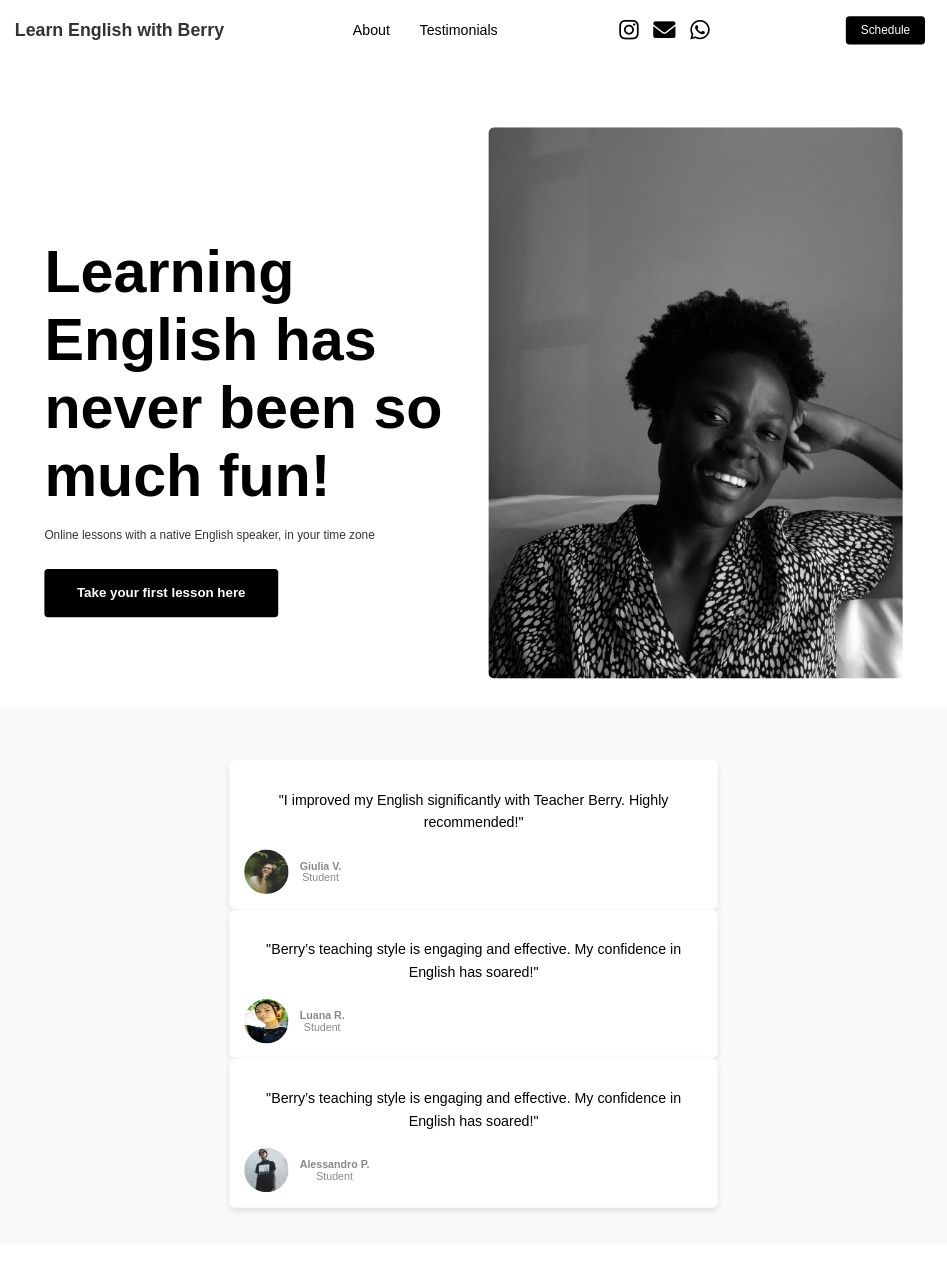
Repository: ntandomagana/esl-landing-page
Page: index.html
The author's editor kept a copy of each file at every save. The page is drawn from the files as they stood at one save, then again after the next save.
The browser window is 1280 px wide. The pictures show the whole page, at 74% of full size.

Above is the page before, as saved 2024-07-17 13:56:24.

### index.html
<!DOCTYPE html>
<html lang="en">
<head>
    <meta charset="UTF-8">
    <meta name="viewport" content="width=device-width, initial-scale=1.0">
    <link rel="stylesheet" href="https://cdnjs.cloudflare.com/ajax/libs/font-awesome/6.0.0-beta3/css/all.min.css">

    <title>Berry's English</title>
    <link rel="stylesheet" href="index.css">
</head>
<body>
    <!-- Header Section -->
    <header>
        <div class="header-container">
            <div class="logo"><h1>Learn English with Berry</h1>
            </div>
            <nav>
                <ul>
                    <li><a href="#about">About</a></li>
                    <li><a href="#testimonials">Testimonials</a></li>

                </ul>
            </nav>
            <div class="social-links">
                <a href="#" class="social-link"><i class="fab fa-instagram"></i></a>
                <a href="mailto:berry@example.com" class="social-link"><i class="fas fa-envelope"></i></a>
                <a href="https://wa.me/1234567890" class="social-link"><i class="fab fa-whatsapp"></i></a>
            </div>
            <a href="#contact" class="schedule-button">Schedule</a>
        </div>
    </header>

    <!-- Left and right division -->
     <section class="content-section">
        <div class="content-wrapper">
            <div class="left-content">
                <h2>Learning English has <br />
                    never been so much fun!</h2>
                <p>Online lessons with a native English speaker, in your time zone</p>
                <a href="#contact" class="action-button">Take your first lesson here</a>
            </div>

            <div class="right-content">
                <img src="./assets/bwpp.jpg" alt="Teacher Berry's Image">
            </div>
        </div>

        <section id="testimonials" class="testimonials-section">
    <div class="testimonials-container">
        <div class="testimonial-item">
            <div class="testimonial-content">
                <p>"I improved my English significantly with Teacher Berry. Highly recommended!"</p>
            </div>
            <div class="testimonial-author">
                <img src="./assets/first.jpg" alt="Testimonial Author">
                <p><strong>Giulia V.</strong><br>Student</p>
            </div>
        </div>

        <div class="testimonial-item">
            <div class="testimonial-content">
                <p>"Berry’s teaching style is engaging and effective. My confidence in English has soared!"</p>
            </div>
            <div class="testimonial-author">
                <img src="./assets/second.jpg" alt="Testimonial Author">
                <p><strong>Luana R.</strong><br>Student</p>
            </div>
        </div>


        <div class="testimonial-item">
            <div class="testimonial-content">
                <p>"Berry’s teaching style is engaging and effective. My confidence in English has soared!"</p>
            </div>
            <div class="testimonial-author">
                <img src="./assets/third.jpg" alt="Testimonial Author">
                <p><strong>Alessandro P.</strong><br>Student</p>
            </div>
        </div>

        <!-- Add more testimonials as needed -->
    </div>
</section>


    <!-- Add more testimonials as needed -->
</section>


     </section>
    </footer>
</body>
</html>

### index.css
/* styles.css */

body {
  font-family: Arial, Helvetica, sans-serif;
  margin: 0;
  padding: 0;
  box-sizing: border-box;
}

.header-container {
  display: flex;
  justify-content: space-between;
  align-items: center;
  padding: 10px 20px;
  background-color: white;
}

.logo h1 {
  margin: 0;
  font-size: 24px;
  color: #333;
}

nav ul {
  list-style-type: none;
  padding: 0;
  margin: 0;
  display: flex;
}

nav ul li {
  display: inline;
  margin: 20px; /* Adjust margin to add space between list items */
}

nav ul li:last-child {
  margin-right: 0;
}

nav ul li a {
  color: rgb(2, 2, 2);
  text-decoration: none;
  font-size: 1.2rem;
}

nav ul li a:hover {
  color: black;
  font-weight: bold;
}

.social-links {
  display: flex;
  align-items: center;
  margin-right: 20px;
}

.social-link {
  margin: 0 10px;
  display: inline-block;
  color: black;
  font-size: 30px;
  transition: color 0.3s ease, transform 0.3s ease, box-shadow 0.3s ease;
}

.social-link i {
  color: black;
}

.social-link:hover i {
  color: black;
  transition: black 4s ease-in-out;
  transform: translateY(-5px);
  box-shadow: 0 4px 8px rgba(19, 18, 18, 0.2);
}

.schedule-button {
  padding: 10px 20px;
  background-color: black;
  color: #fff;
  text-decoration: none;
  border-radius: 5px;
  transition: background-color 0.3s ease;
  border: none;
  cursor: pointer;
  margin-right: 10px;
}

.schedule-button:hover {
  background-color: #fff;
  border-color: rgba(0, 0, 0, 0);
  border: solid black;
  color: black;
}

.content-section {
  padding: 50px 0;
  text-align: center;
}

.content-wrapper {
  display: flex;
  justify-content: space-around;
  align-items: stretch;
  max-width: 1200px;
  margin: 20px auto;
}

.left-content {
  flex: 1;
  padding: 20px;
  text-align: left;
  display: flex;
  flex-direction: column;
  justify-content: center;
  align-items: flex-start;
}

.left-content h2 {
  font-size: 5rem;
  align-items: flex-end;
  color: rgb(0, 0, 0);
  margin-bottom: 10px;
  width: 100%;
}

.left-content p {
  font-size: 1rem;
  color: #333;
  width: 100%;
}

.right-content {
  flex: 1;
  padding: 20px;
  text-align: center;
  display: flex;
  justify-content: center;
  align-items: center;
}

.right-content img {
  max-width: 100%;
  height: auto;
  max-height: 800px; /* Example maximum height, adjust as needed */
  border-radius: 8px;
  /* Optional: Adds a subtle shadow */
}

.action-button {
    display: inline-block;
  padding: 18px 40px;
  background-color: black;
  color: #fff;
  border: 4px solid black;
  text-decoration: none;
  border-radius: 5px;
  transition: background-color 0.3s ease;
  margin-top: 20px;
  font-size: 18px;
  font-weight: bold;

}

.action-button:hover {
  background-color: #fff;
  border-color: rgba(0, 0, 0, 0);
  border: 4px solid black;
  color: black;
  margin: 20px;
  padding: 18px 40px;
}


.testimonials-section {
    padding: 50px 0;
    text-align: center;
    background-color: #f9f9f9; /* Light background color */
}

.testimonials-container {
    display: flex;
    justify-content: center; /* Center align items horizontally */
    flex-wrap: wrap; /* Allow items to wrap to the next line if needed */
    margin-top: 20px;
}

.testimonial-item {
    width: calc(50% - 20px); /* Adjust width as needed */
    margin: 0 10px; /* Adjust margin between testimonials */
    padding: 20px;
    background-color: #fff;
    border-radius: 8px;
    box-shadow: 0 4px 8px rgba(0, 0, 0, 0.1); /* Subtle shadow effect */
}

.testimonial-content {
    margin-bottom: 20px;
}

.testimonial-content p {
    font-size: 1.2rem;
    line-height: 1.6;
}

.testimonial-author {
    display: flex;
    align-items: center;
}

.testimonial-author img {
    width: 60px;
    height: 60px;
    border-radius: 50%; /* Rounded avatar */
    margin-right: 15px;
}

.testimonial-author p {
    font-size: 0.9rem;
    color: #888;
}

.testimonial-author strong {
    font-weight: bold;
}


@media (max-width: 768px) {
    .testimonial-item {
        width: calc(100% - 20px); /* Full width on smaller screens */
        margin: 0 10px 20px; /* Adjust margin for spacing */
    }
}

After the next save:
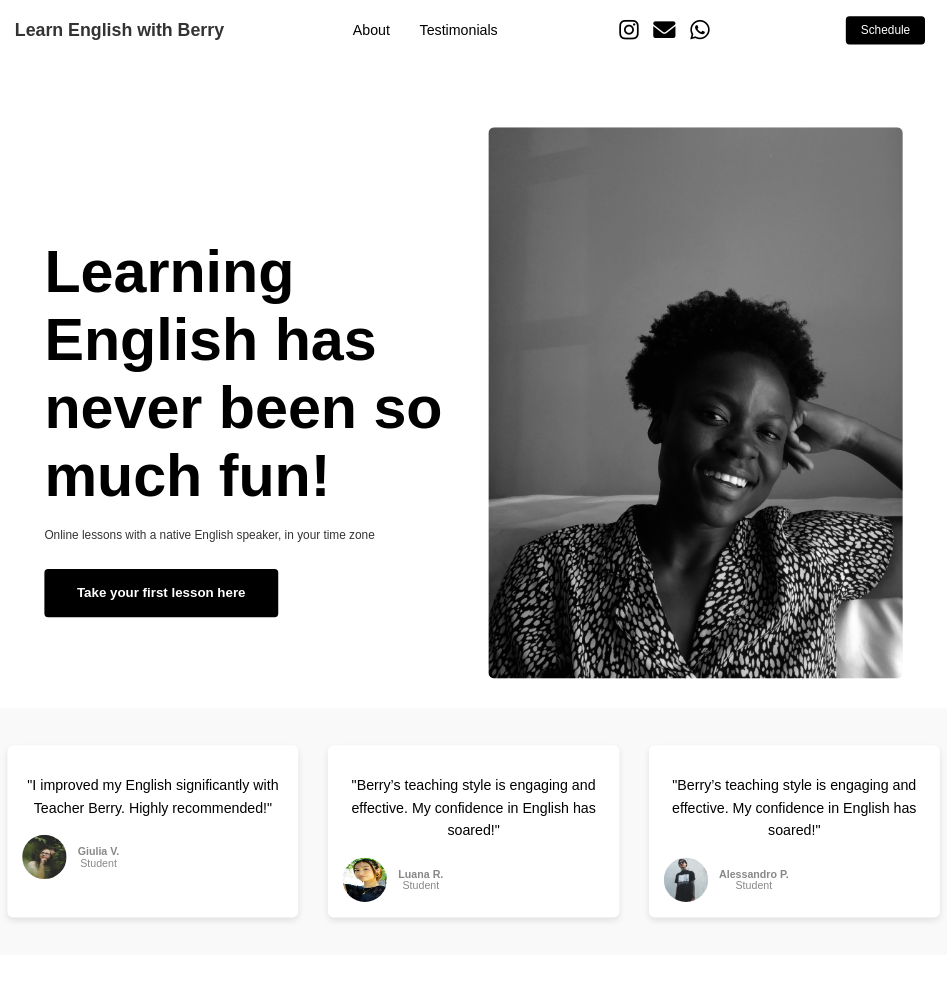
Saved 70 s later.
--- a/index.css
+++ b/index.css
@@ -180,8 +180,7 @@ nav ul li a:hover {
 .testimonials-container {
     display: flex;
     justify-content: center; /* Center align items horizontally */
-    flex-wrap: wrap; /* Allow items to wrap to the next line if needed */
-    margin-top: 20px;
+   gap: 20px
 }
 
 .testimonial-item {
